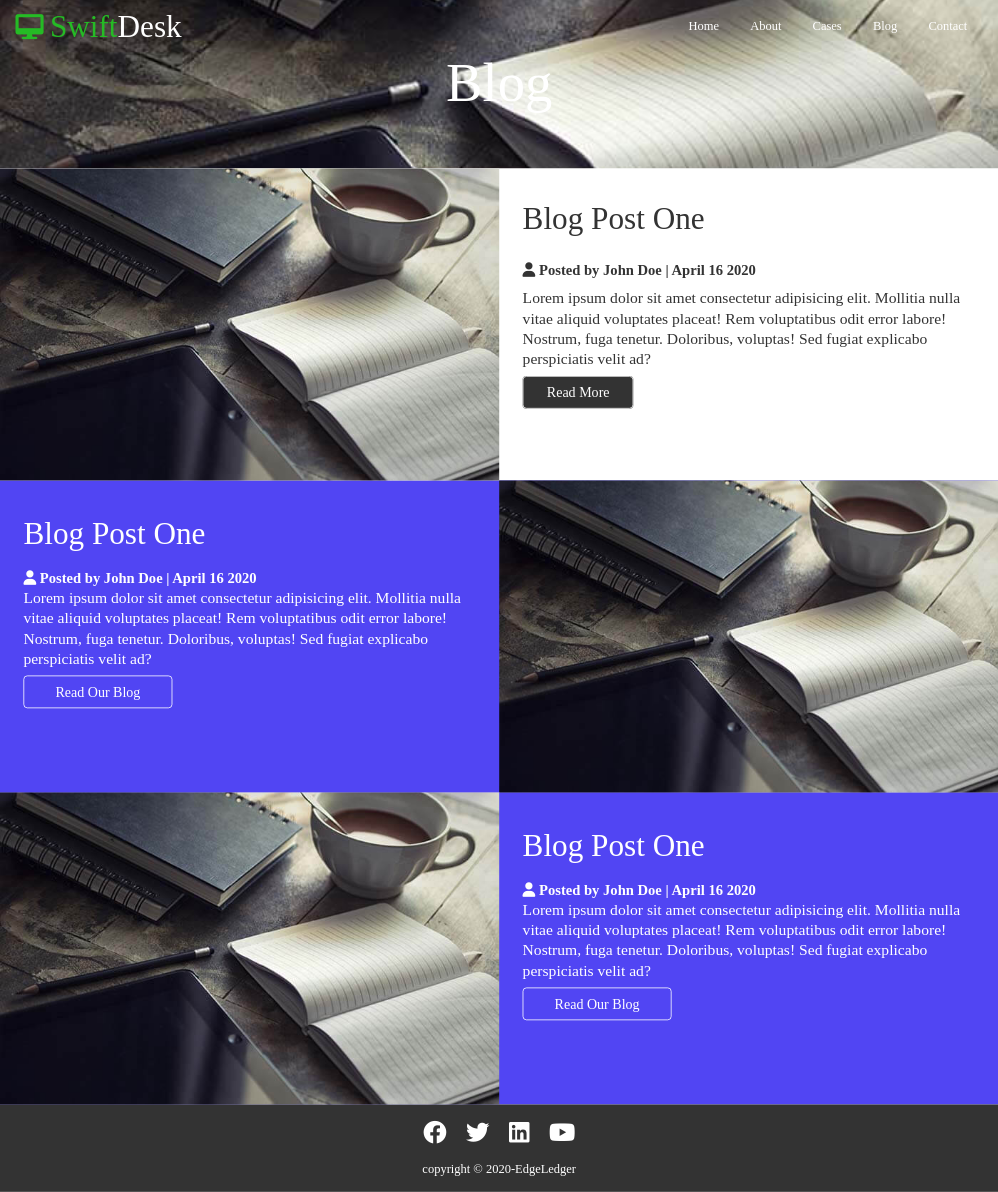
Repository: reemoon-ctrl/swiftdisk-Website-Flexbox
Page: blog.html
The author's editor kept a copy of each file at every save. The page is drawn from the files as they stood at one save, then again after the next save.
The browser window is 1280 px wide. The pictures show the whole page, at 78% of full size.

Above is the page before, as saved 2024-07-27 12:46:43.

### blog.html
<!DOCTYPE html>
<html lang="en">
<head>
    <meta charset="UTF-8">
    <meta name="viewport" content="width=device-width, initial-scale=1.0">
    <title>
        Swift Desk
    </title>
    <link rel="stylesheet" href="https://cdnjs.cloudflare.com/ajax/libs/font-awesome/6.0.0-beta3/css/all.min.css">

    <link rel="stylesheet" href="index.css">
</head>
<body>
    <div class="show-case" id="blog-case">
        <header>
            <div class="nav-bar">
                <div class="title-bar">
                    <i class="fas fa-desktop fa-2x" style="color: rgb(37, 187, 37)"></i>
                    <h1 class="title"><span class="fword"> Swift</span>Desk</h1>
                </div>
                <div class="link-bar">
                    <a href="index.html">Home</a>
                    <a href="#about">About</a>
                    <a href="#cases">Cases</a>
                    <a href="#blog">Blog</a>
                    <a href="#contact">Contact</a>
                </div>
            </div>
            <h1>Blog</h1>
        </header>
    </div>
    <div>
        <div class="blog-light" id="blog">

            <div class="blog-content-light">

                <h2>Blog Post One</h2>
                <h3><i class="fa-solid fa-user"></i> Posted by John Doe | April 16 2020</h3>
                <p>Lorem ipsum dolor sit amet consectetur
                    adipisicing elit. Mollitia nulla vitae aliquid voluptates placeat! Rem voluptatibus odit error labore! Nostrum, fuga tenetur. Doloribus, voluptas! Sed
                    fugiat explicabo perspiciatis velit ad?</p>
                <a href="index.html">Read More</a>
            </div>
            <div class="img-light"></div>
        </div>
    </div>
    <div>
        <div class="blog" id="blog">
            <div class="img"></div>
            <div class="blog-content">

                <h2>Blog Post One</h2>
                <h3><i class="fa-solid fa-user"></i> Posted by John Doe | April 16 2020</h3>
                <p>Lorem ipsum dolor sit amet consectetur
                    adipisicing elit. Mollitia nulla vitae aliquid voluptates placeat! Rem voluptatibus odit error labore! Nostrum, fuga tenetur. Doloribus, voluptas! Sed
                    fugiat explicabo perspiciatis velit ad?</p>
                <a href="index.html">Read Our Blog</a>
             </div>
        </div>
    </div> <div>
        <div class="blog" id="blog">

            <div class="blog-content">

                <h2>Blog Post One</h2>
                <h3><i class="fa-solid fa-user"></i> Posted by John Doe | April 16 2020</h3>
                <p>Lorem ipsum dolor sit amet consectetur
                    adipisicing elit. Mollitia nulla vitae aliquid voluptates placeat! Rem voluptatibus odit error labore! Nostrum, fuga tenetur. Doloribus, voluptas! Sed
                    fugiat explicabo perspiciatis velit ad?</p>

                    <a href="index.html">Read Our Blog</a>
            </div>
            <div class="img"></div>
        </div>
    </div>


    <footer>
            <ul class="footer-icon">
                <li><a href=""><i class="fa-brands fa-facebook"></i></a></li>
                <li><a href=""><i class="fa-brands fa-twitter"></i></a></li>
                <li><a href=""><i class="fa-brands fa-linkedin"></i></a></li>
                <li><a href=""><i class="fa-brands fa-youtube"></i></a></li>
            </ul>
            <p>copyright &copy; 2020-EdgeLedger</p>
    </footer>

</body>
</html>

### index.css
*{
    box-sizing: border-box;
    margin: 0;
    padding: 0;
}
body{

}
.nav-bar{
    display: flex;
    justify-content:space-between ;
    padding: 10px 20px;
    color:#fff;




}
.title-bar{
    align-items: center;
    flex-grow: 1;
    display: flex;
    gap:.5rem;


}
.title-bar h1{
    display:inline-block;
    font-size:2.5rem;
    font-weight: 400;
}

.link-bar{

    /* flex-grow:1 ; */
    align-self: center;
    display: flex;
}
.link-bar a{
    padding: 10px 20px;
    color:#fff;
    text-decoration: none;


}
.link-bar a:hover{
    border-bottom: 1px #25bb25 solid;
}
.fword{
    color:#25bb25;
}
.show-case{
   height:100vh;
   text-align: center;
   color:#fff;

   background:  url('img/home/showcase.jpg') no-repeat center center/cover ;
}
.hd-content{
    padding-top: 18rem;
}
.hd-content h1{
    font-size: 3rem;
}
.hd-content p{
    font-size: 1.5rem;
    padding-top: .8rem;
    padding-bottom: .8rem;
}
.hd-content a{
    color: #fff;
    background:#45c745 ;
    padding: 10px 30px;
    border-radius: 5px;
    text-decoration: none;
    text-align: center;
}
.about-section ul{
    display: flex;
    list-style: none;
    gap: 20px;

}
.about-srvice{
    padding: 50px ;
}
.about-srvice li{
    text-align: center;
}
.about-srvice li i{
    background-color: rgb(69, 199, 69);
    color:#fff;
    width:70px;
    height: 70px;
    border-radius: 70px;
    font-size: 40px;
    padding-top:15px ;


}
.about-srvice li h3{
    padding-top: 20px;
}
.about-srvice li p{
    padding-top: 20px;
    font-size: 20px;
    color: dimgrey;
}

.solutions{
    display:flex;
    background: #45c745;

}
.img{
    width:50%;
    background: url('/img/home/people.jpg') center center/cover no-repeat;

}
.solution-content{
    color:#fff;
    padding:20px 30px;
    height:25rem;
    width: 50%;
}
.solution-content h2{
    font-size: 40px;
    font-weight: 500;
    padding: 1.5rem 0px;
}
.solution-content p{
    font-size: 20px;
    line-height: 1.3;
    margin-bottom: 20px;
}
.solution-content a{
    padding: 10px 40px;
    border: 1px solid;
    color:#fff;
    text-decoration: none;
    border-radius: 5px;
    font-size: 18px;

}
.Business-case{
    width: 100vw;
}
.Business-case-content{
    text-align: center;
    padding-left: 30px;
    padding-right: 30px;
}
.Business-case-content h3{
    padding: 30px 0px;
}
.Business-case-content h2{
   padding-bottom: 30px;
    font-size: 40px;
    font-weight: 500;
}
.Business-case-content p{
    padding-bottom: 30px;
    font-size: 20px;
}
.BC-image{
    display: grid;
    grid-template-columns:100px 100px 100px 100px ;
   gap: 20px;
   padding: 40px 0px;
}
.BCimg{
    width: 100px;
    height:100px;

}
/* //////////////////////////////////// */
.blog{
    display:flex;
    background: #5145f3;
    flex-direction: row-reverse;

}
.img{
    width:50%;
    background: url('/img/home/blog.jpg') center center/cover no-repeat;

}
.blog-content{
    color:#fff;
    padding:20px 30px;
}
.blog-content{
    height:25rem;
    width: 50%;
}
.blog-content h2{
    font-size: 40px;
    font-weight: 500;
    padding: 1.5rem 0px;
}
.blog-content p{
    font-size: 20px;
    line-height: 1.3;
    margin-bottom: 20px;
}
.blog-content a{
    padding: 10px 40px;
    border: 1px solid;
    color:#fff;
    text-decoration: none;
    border-radius: 5px;
    font-size: 18px;

}
.our-team{
    padding-bottom: 40px;
}
.team-image{
    display: flex;
    justify-content: space-around;
    width: 100vw;
    list-style: none;
    text-align: center;

}
.team-image li h4{
    padding: 15px;
}
.tmimg{
    width: 90%;
    height:70%;
    border-radius: 70%;

}
.request{
    display: flex;
    background-color: #f4f4f4;
}
.request .img{
    background: url(/img/home/contact.jpg);
}
.form-content{
    color:#333;
    padding:20px 30px;
    height:25rem;
    width: 50%;
}
.form-content h2{
    color:#333;
    font-size: 40px;
    font-weight: 500;
    padding: 1.5rem 0px;
    font-weight:lighter;
}
.requwst-form{
    display: flex;
    flex-direction: column;
    gap :20px;

}
.requwst-form input{
border: #ddd;
color: #333;
font-size: 15px;
padding: 10px;
}
.requwst-form input[type=submit]{
    background: #25bb25;
    color:#fff;
    cursor: pointer;
    border-radius: 5px;


}
.requwst-form input[type=submit]:hover{
    background-color: #6de66d;

}
footer{
    background: #333;
    padding: 20px ;
}
.footer-icon{
    display: flex;
    align-items: center;
    justify-content: center;
    gap:25px;
}
.footer-icon li{
    list-style: none;
}
.footer-icon li a{
    color: #fff;
    font-size: 30px;
}
.footer-icon li a:hover{
    color: #45c745;
}

footer p{
    text-align: center;
    color: #fff;
    padding-top: 20px;

}
/* //////////blog page//////////////// */
#blog-case{
    height:30vh;
    text-align: center;
    color:#fff;
    background:  url('img/home/blog.jpg') no-repeat center center/cover ;
 }
header h1{
    font-size: 70px;
    font-weight: 400;
 }
 .blog-light{
    display:flex;
    background: #fff;
    flex-direction: row-reverse;

}
.img-light{
    width:50%;
    background: url('/img/home/blog.jpg') center center/cover no-repeat;

}
.blog-content-light{
    color:#333;
    padding:20px 30px;
    height:25rem;
    width: 50%;
}
.blog-content-light h2{
    font-size: 40px;
    font-weight: 500;
    padding: 1.3rem 0px;
}
.blog-content-light h3{
    padding: .7rem 0px;
}
.blog-content-light p{
    font-size: 20px;
    line-height: 1.3;
    margin-bottom: 20px;
}
.blog-content-light a{
    padding: 10px 30px;
    border: 1px solid;
    color:#fff;
    background-color: #333;
    text-decoration: none;
    border-radius: 5px;
    font-size: 18px;

}

After the next save:
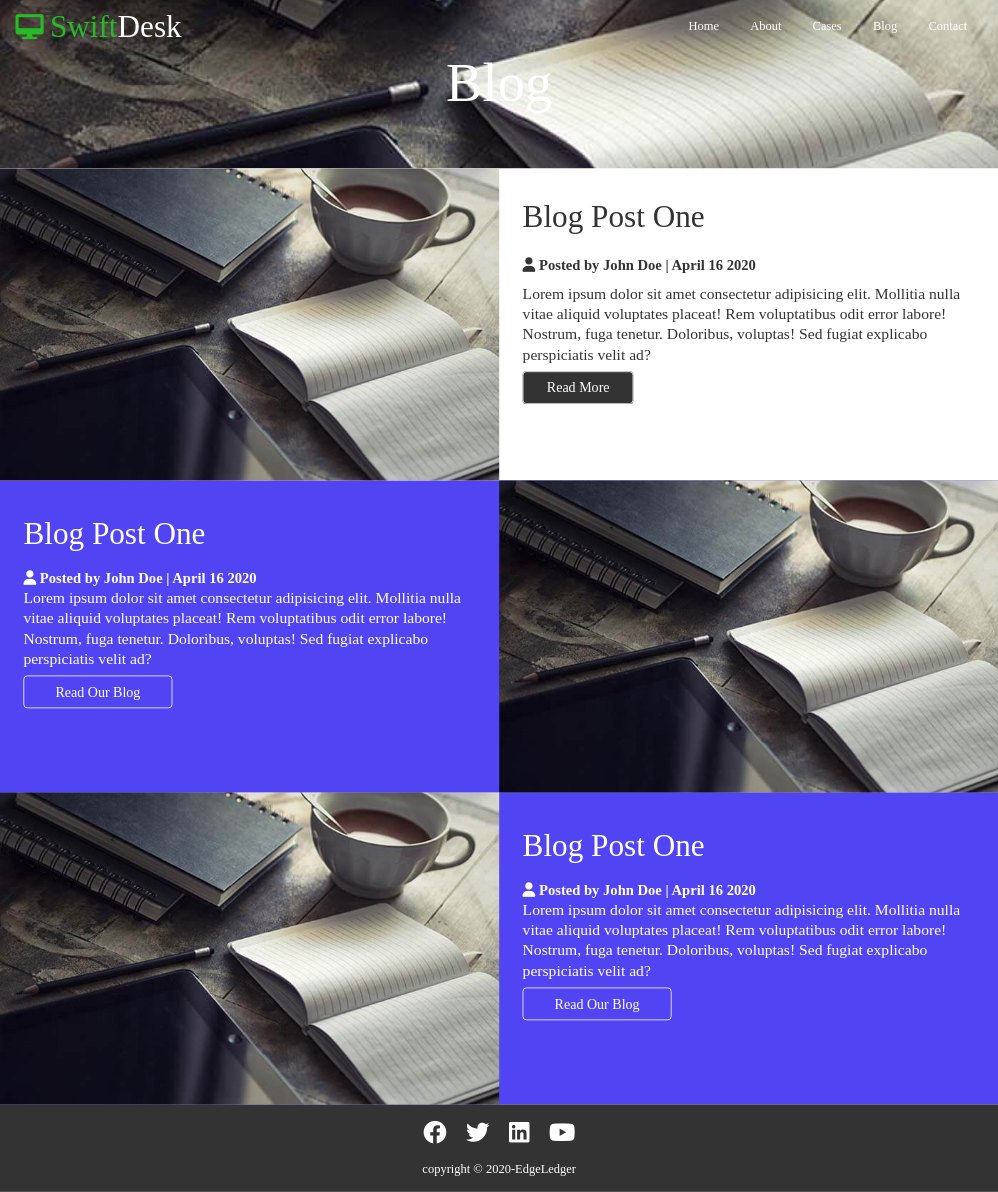
Saved 22 s later.
--- a/index.css
+++ b/index.css
@@ -334,7 +334,7 @@ header h1{
 .blog-content-light h2{
     font-size: 40px;
     font-weight: 500;
-    padding: 1.3rem 0px;
+    padding: 1.1rem 0px;
 }
 .blog-content-light h3{
     padding: .7rem 0px;
